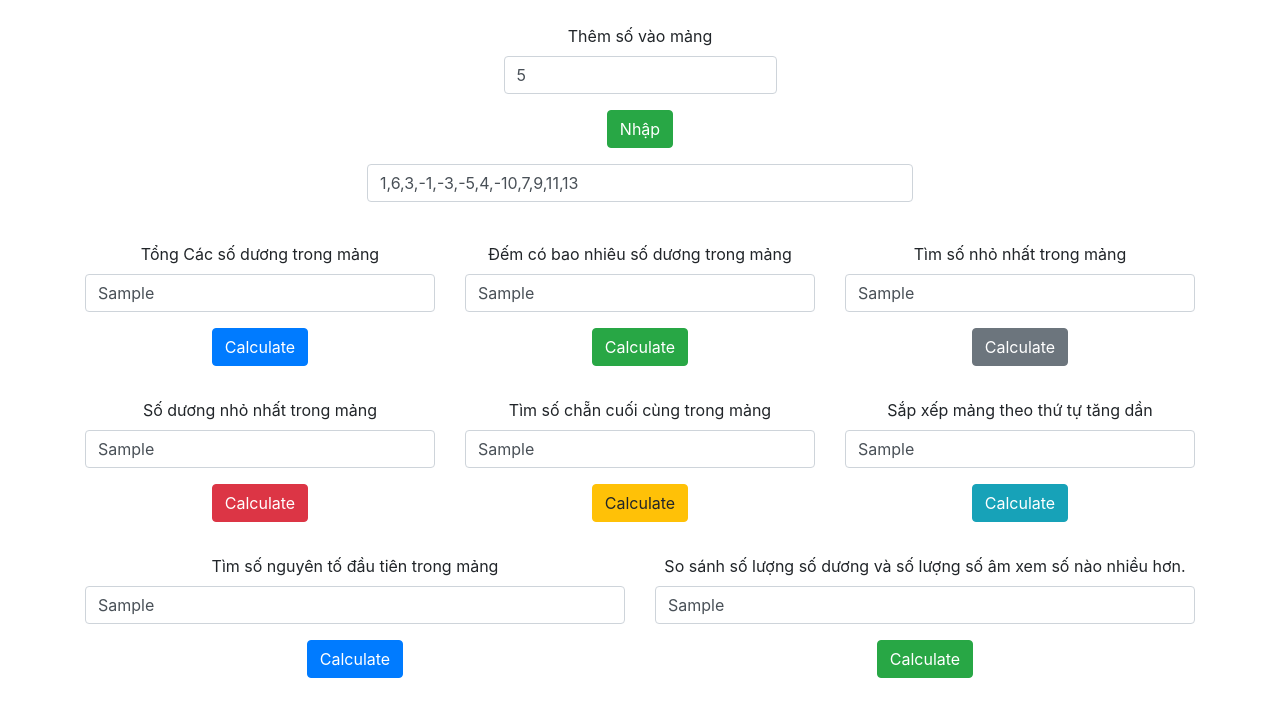
Repository: baobaodeveloper/bootcamp21__array__HuynhAnhBao
Page: index.html
An editor plug-in stored every save of this project. The page is shown before and after the next save, followed by the edit.
The browser window is 1280 px wide. The pictures show the whole page.
Empty fields were first filled with sample values (such as "Sample", 5 or name@example.com).
After loading, the first visible `#combine` was clicked once.

Above is the page before, as saved 2022-03-20 19:09:44.

### index.html
<!DOCTYPE html>
<html lang="en">
  <head>
    <title>JavaScript Array</title>
    <!-- Required meta tags -->
    <meta charset="utf-8" />
    <meta
      name="viewport"
      content="width=device-width, initial-scale=1, shrink-to-fit=no"
    />

    <!-- Bootstrap CSS -->
    <link
      rel="stylesheet"
      href="https://stackpath.bootstrapcdn.com/bootstrap/4.3.1/css/bootstrap.min.css"
      integrity="sha384-ggOyR0iXCbMQv3Xipma34MD+dH/1fQ784/j6cY/iJTQUOhcWr7x9JvoRxT2MZw1T"
      crossorigin="anonymous"
    />
  </head>
  <body>
    <div class="container d-flex justify-content-center align-items-center p-4">
      <div
        class="mb-3 text-center w-50 d-flex flex-column justify-content-center align-items-center"
      >
        <label class="form-label">Thêm số vào mảng</label>
        <input
          type="number"
          class="form-control w-50"
          id="number"
          placeholder="Thêm số vào mảng"
          value=""
        />
        <button type="button" class="btn btn-success m-3" id="input">
          Nhập
        </button>
        <input
          type="text"
          class="form-control d-block w-100"
          id="array-current"
          placeholder="Mảng hiện tại"
        />
      </div>
    </div>

    <div class="container">
      <div class="row">
        <div class="col text-center">
          <label class="form-label">Tổng Các số dương trong mảng</label>
          <input
            type="text"
            class="form-control"
            placeholder="result"
            id="result1"
          />
          <button
            type="button"
            class="btn btn-primary m-3"
            id="calculate-total-positive"
          >
            Calculate
          </button>
        </div>
        <div class="col text-center">
          <label class="form-label">Đếm có bao nhiêu số dương trong mảng</label>
          <input
            type="text"
            class="form-control"
            placeholder="result"
            id="result2"
          />
          <button
            type="button"
            class="btn btn-success m-3"
            id="total-number-position"
          >
            Calculate
          </button>
        </div>
        <div class="col text-center">
          <label class="form-label">Tìm số nhỏ nhất trong mảng</label>
          <input
            type="text"
            class="form-control"
            placeholder="result"
            id="result3"
          />
          <button type="button" class="btn btn-secondary m-3" id="min-number">
            Calculate
          </button>
        </div>
      </div>
    </div>

    <div class="container pt-3">
      <div class="row">
        <div class="col text-center">
          <label class="form-label">Số dương nhỏ nhất trong mảng</label>
          <input
            type="text"
            class="form-control"
            placeholder="result"
            id="result4"
          />
          <button type="button" class="btn btn-danger m-3" id="min-positive">
            Calculate
          </button>
        </div>
        <div class="col text-center">
          <label class="form-label">Tìm số chẵn cuối cùng trong mảng</label>
          <input
            type="text"
            class="form-control"
            placeholder="result"
            id="result5"
          />
          <button type="button" class="btn btn-warning m-3" id="even-end">
            Calculate
          </button>
        </div>
        <div class="col text-center">
          <label class="form-label">Sắp xếp mảng theo thứ tự tăng dần</label>
          <input
            type="text"
            class="form-control"
            placeholder="result"
            id="result7"
          />
          <button type="button" class="btn btn-info m-3" id="increase">
            Calculate
          </button>
        </div>
      </div>
    </div>

    <div class="container pt-3">
      <div class="row">
        <div class="col text-center">
          <label class="form-label">Tìm số nguyên tố đầu tiên trong mảng</label>
          <input
            type="text"
            class="form-control"
            placeholder="result"
            id="result8"
          />
          <button
            type="button"
            class="btn btn-primary m-3"
            id="num-prime-first"
          >
            Calculate
          </button>
        </div>
        <div class="col text-center">
          <label class="form-label"
            >So sánh số lượng số dương và số lượng số âm xem số nào nhiều
            hơn.</label
          >
          <input
            type="text"
            class="form-control"
            placeholder="result"
            id="result10"
          />
          <button type="button" class="btn btn-success m-3" id="combine">
            Calculate
          </button>
        </div>
      </div>
    </div>
    <!-- Optional JavaScript -->
    <!-- jQuery first, then Popper.js, then Bootstrap JS -->
    <script
      src="https://code.jquery.com/jquery-3.3.1.slim.min.js"
      integrity="sha384-q8i/X+965DzO0rT7abK41JStQIAqVgRVzpbzo5smXKp4YfRvH+8abtTE1Pi6jizo"
      crossorigin="anonymous"
    ></script>
    <script
      src="https://cdnjs.cloudflare.com/ajax/libs/popper.js/1.14.7/umd/popper.min.js"
      integrity="sha384-UO2eT0CpHqdSJQ6hJty5KVphtPhzWj9WO1clHTMGa3JDZwrnQq4sF86dIHNDz0W1"
      crossorigin="anonymous"
    ></script>
    <script
      src="https://stackpath.bootstrapcdn.com/bootstrap/4.3.1/js/bootstrap.min.js"
      integrity="sha384-JjSmVgyd0p3pXB1rRibZUAYoIIy6OrQ6VrjIEaFf/nJGzIxFDsf4x0xIM+B07jRM"
      crossorigin="anonymous"
    ></script>
    <script src="app.js"></script>
  </body>
</html>

### app.js
// const number = document.getElementById("number");
// let arr = [];
// document.getElementById("input").addEventListener("click", () => {
//   const numberValue = number.value;
//   if (!numberValue) return;

//   arr.push(+numberValue);
//   number.value = "";
//   console.log(arr);
//   document.getElementById("array-current").value = arr.join("  ");
// });
let arr = [1, 6, 3, -1, -3, -5, 4, -10, 7, 9, 11, 13];
document.getElementById("array-current").value = arr;
// 1. Tổng các số dương trong mảng.
document
  .getElementById("calculate-total-positive")
  .addEventListener("click", () => {
    const totalArrPositive = arr
      .filter((cur) => cur > 0)
      .reduce((cur, acc) => cur + acc, 0);
    document.getElementById("result1").value = totalArrPositive;
  });

// 2. Đếm có bao nhiêu số dương trong mảng.
document
  .getElementById("total-number-position")
  .addEventListener("click", () => {
    const totalArrPositive = arr.filter((cur) => cur > 0).length;
    document.getElementById("result2").value = totalArrPositive;
  });

//3. Tìm số nhỏ nhất trong mảng.
document.getElementById("min-number").addEventListener("click", () => {
  let minNumber = arr[0];
  arr.forEach((num) => {
    if (num < minNumber) minNumber = num;
  });
  document.getElementById("result3").value = minNumber;
});

// 4. Tìm số dương nhỏ nhất trong mảng.
document.getElementById("min-positive").addEventListener("click", () => {
  const positive = arr.filter((cur) => cur > 0).sort((a, b) => a - b);

  document.getElementById("result4").value = positive[0];
});

// 5. Tìm số chẵn cuối cùng trong mảng. Nếu mảng không có giá trị chẵn thì trả về -1.
document.getElementById("even-end").addEventListener("click", () => {
  const numEven = arr.filter((cur) => cur % 2 === 0);
  let numEvenEnd;
  if (numEven.length > 0) {
    numEvenEnd = numEven[numEven.length - 1];
  } else {
    numEvenEnd = -1;
  }
  document.getElementById("result5").value = numEvenEnd;
});

// 7. Sắp xếp mảng theo thứ tự tăng dần.
document.getElementById("increase").addEventListener("click", () => {
  const increaArr = arr.sort((a, b) => a - b);
  document.getElementById("result7").value = increaArr.join("  ");
});

// 8. Tìm số nguyên tố đầu tiên trong mảng. Nếu mảng không có số nguyên tố thì trả về – 1.

document.getElementById("num-prime-first").addEventListener("click", () => {
  const prime = arr.filter((cur) => cur > 1);

  let numPrimeFirst;
  for (let i = 0; i < prime.length; i++) {
    if (prime[i] === 2) {
      numPrimeFirst = prime[i];
      break;
    } else if (prime[i] % 2 !== 0) {
      for (let j = 2; j < prime[i]; j++) {
        if (prime[i] % j !== 0) {
          numPrimeFirst = prime[i];
          break;
        }
      }
      break;
    }
  }
  document.getElementById("result8").value = numPrimeFirst;
});

// 10. So sánh số lượng số dương và số lượng số âm xem số nào nhiều hơn.

document.getElementById("combine").addEventListener("click", () => {
  const positive = arr.filter((cur) => cur > 0);
  const negative = arr.filter((cur) => cur < 0);
  let combine = "";
  if (positive.length < negative.length) {
    combine = `Số lượng số âm là ${negative.length} lớn hơn số lượng số dương ${positive.length}`;
  } else if (positive.length > negative.length) {
    combine = `Số lượng số dương là ${positive.length} lớn hơn số lượng số âm ${negative.length}`;
  } else {
    combine = `Số lượng số dương bằng số lượng số âm ${negative.length}`;
  }
});

After the next save:
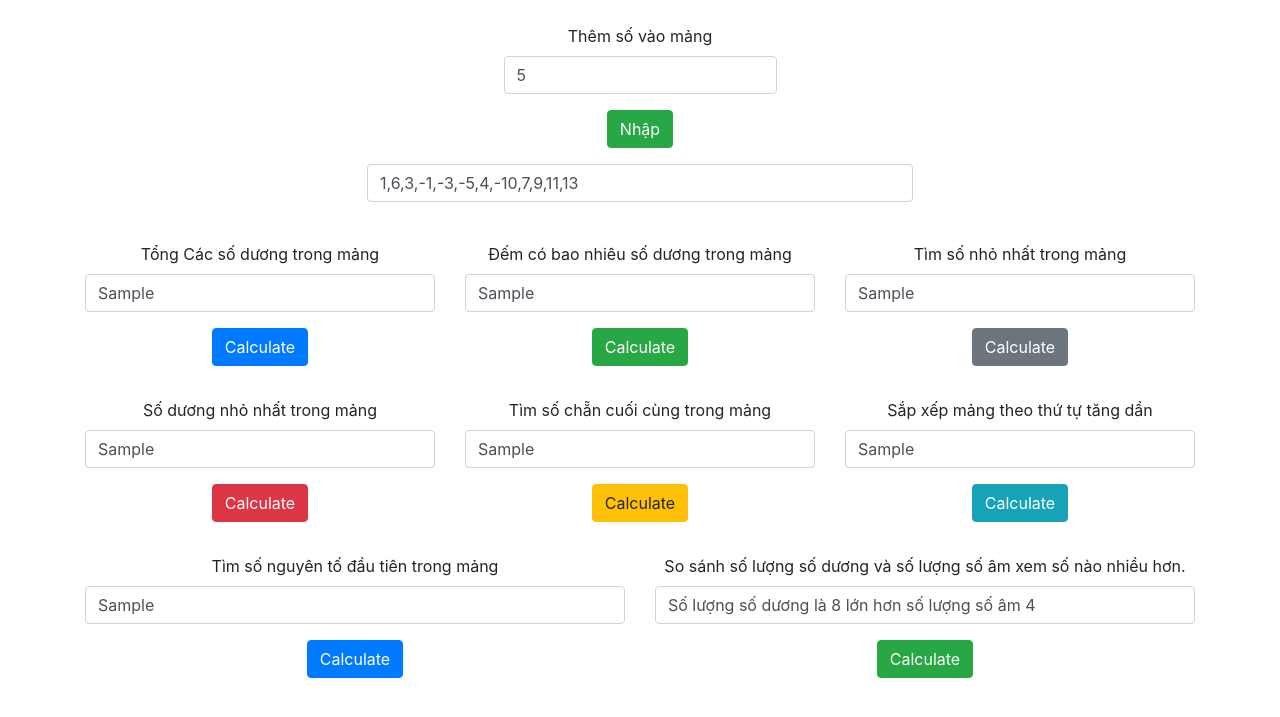
Saved 28 s later.
--- a/app.js
+++ b/app.js
@@ -99,4 +99,6 @@ document.getElementById("combine").addEventListener("click", () => {
   } else {
     combine = `Số lượng số dương bằng số lượng số âm ${negative.length}`;
   }
+
+  document.getElementById("result10").value = combine;
 });
